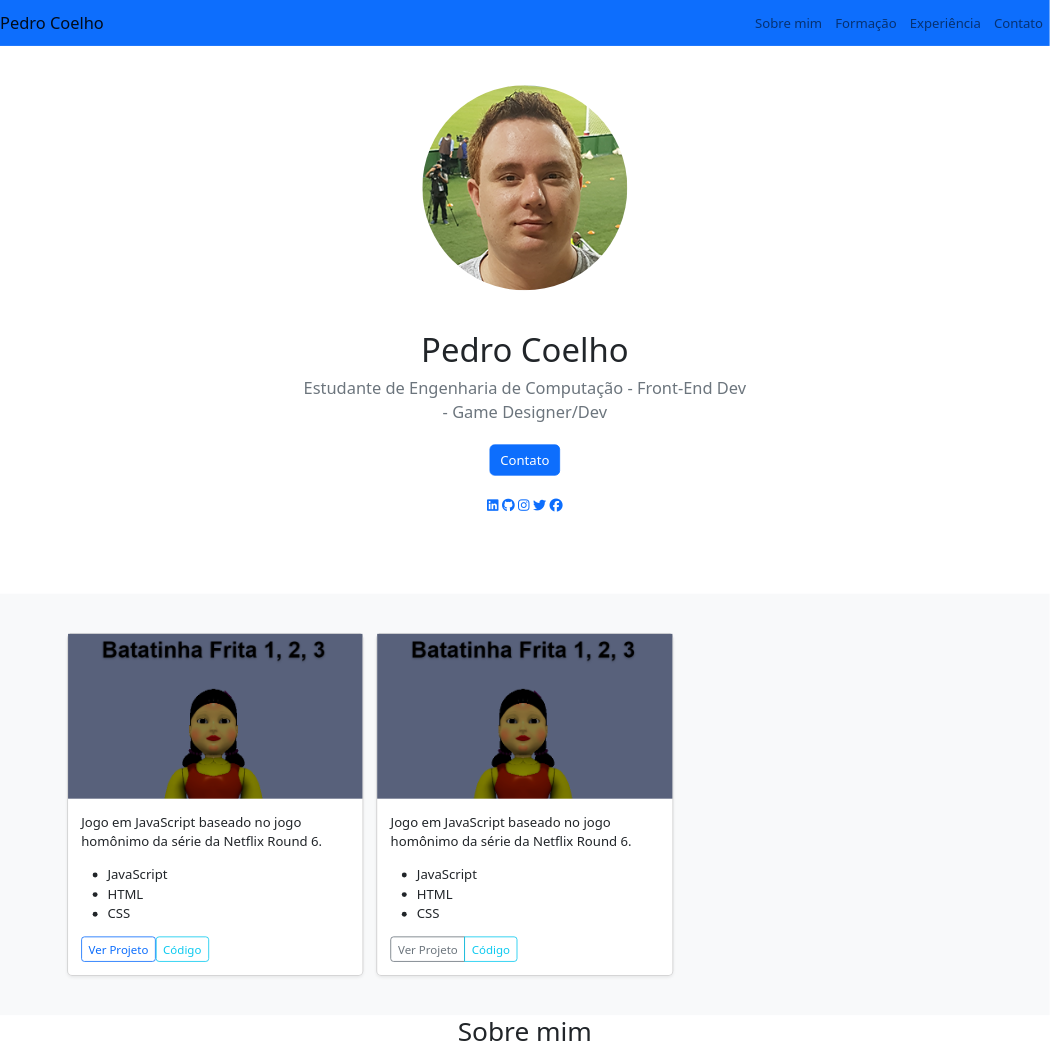
Repository: PedroHQCoelho/portfolio
Page: index.html
These files come from the project's save history. The page is drawn as it stood at one moment and after the next save; the edit follows.
The browser window is 1280 px wide. The pictures show the whole page, at 82% of full size.
Some web libraries are served in a nearby version.

Above is the page before, as saved 2022-05-26 17:50:37.

After the next save:
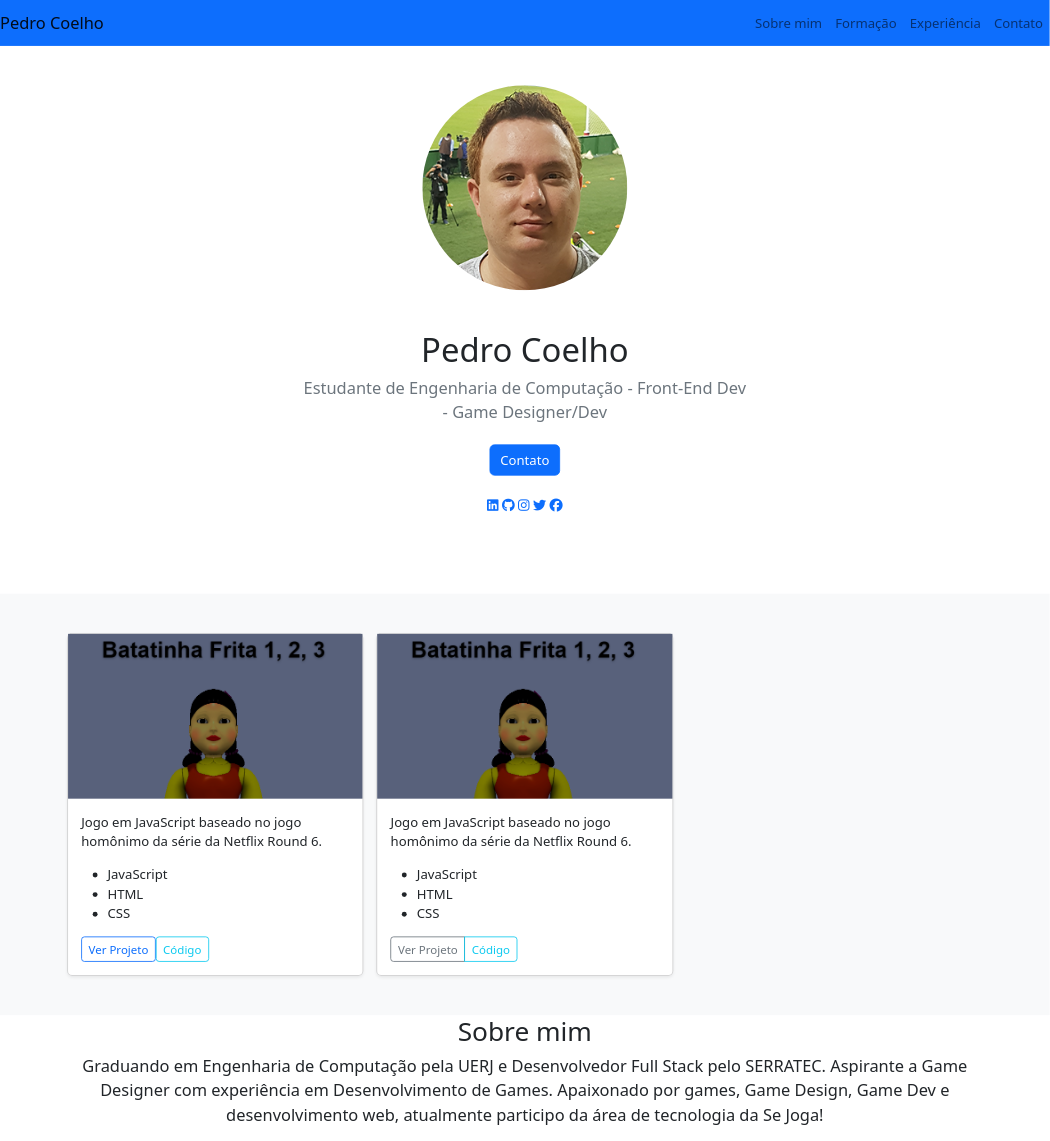
Saved 31 min 24 s later.
--- a/index.html
+++ b/index.html
@@ -111,6 +111,11 @@
       <section class="jumbotron text-center">
         <div class="container">
           <h2 class="jumbotron heading">Sobre mim</h2>
+          <p class="lead">
+            Graduando em Engenharia de Computação pela UERJ e Desenvolvedor Full Stack pelo SERRATEC.
+            Aspirante a Game Designer com experiência em Desenvolvimento de Games.
+            Apaixonado por games, Game Design, Game Dev e desenvolvimento web, atualmente participo da área de tecnologia da Se Joga!
+          </p>
         </div>
       </section>
 </body>
